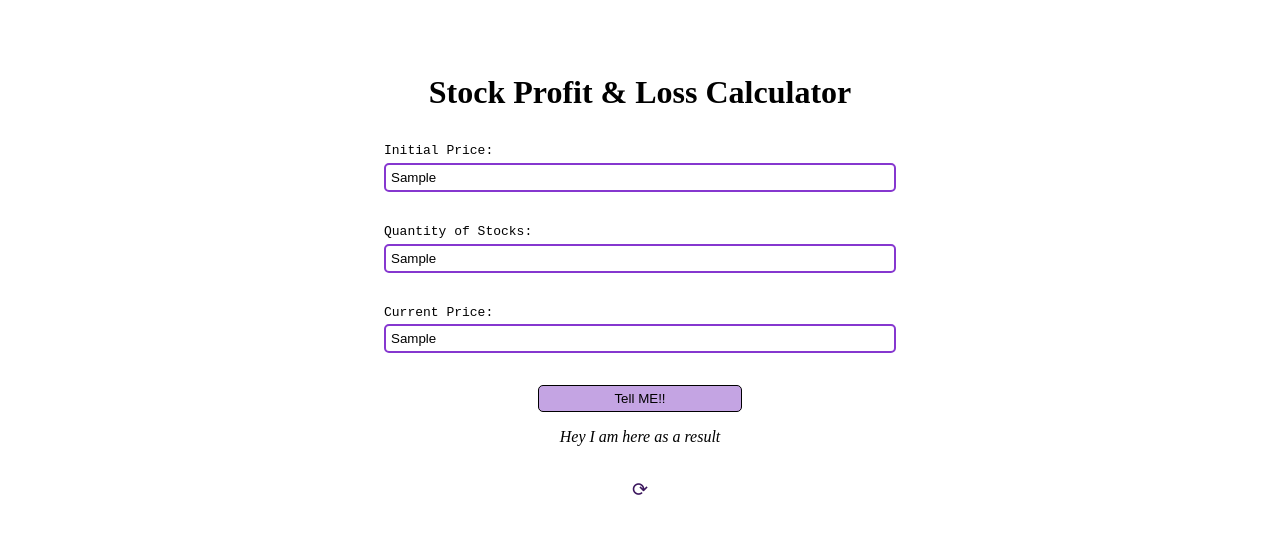
Repository: patelamancode/Stock-P-L-Calculator
Page: index.html
These files come from the project's save history. The page is drawn as it stood at one moment and after the next save; the edit follows.
The browser window is 1280 px wide. The pictures show the whole page.
Empty fields were first filled with sample values (such as "Sample", 5 or name@example.com).
After loading, the first visible `#check-btn` was clicked once.

Above is the page before, as saved 2022-11-23 19:03:16.

After the next save:
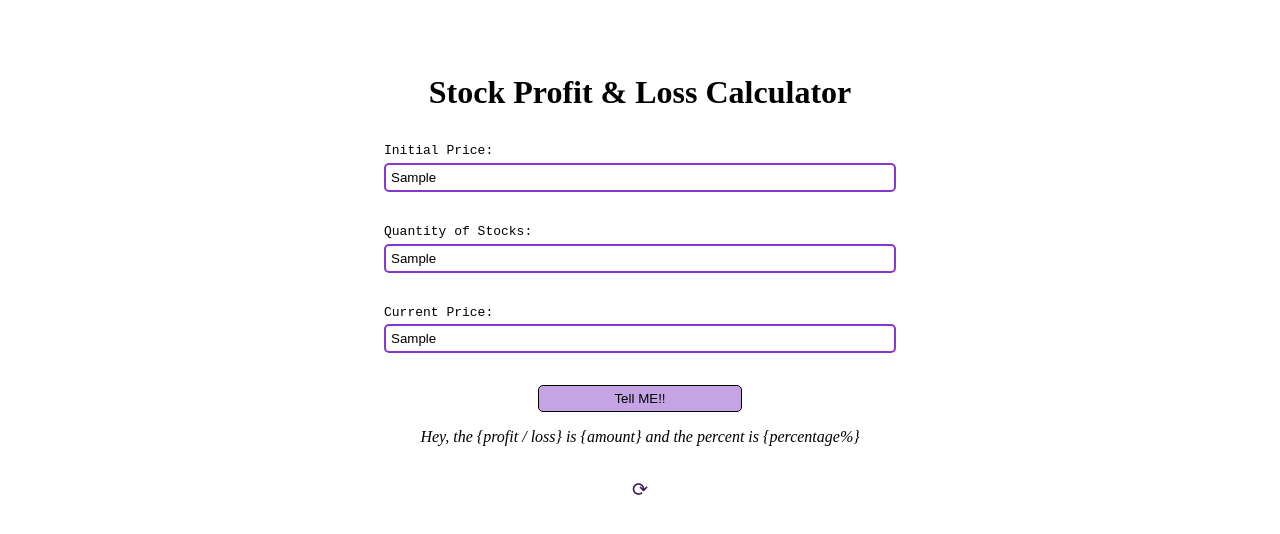
Saved 101 s later.
--- a/index.js
+++ b/index.js
@@ -16,7 +16,8 @@
 
 function showResult(){
     resultDisplay.style.display = "flex";
-    return `Hey, the {profit / loss} is {amount} and the percent is {percentage%}`
+    let result = resultDisplay.innerText =  `Hey, the {profit / loss} is {amount} and the percent is {percentage%}`;
+    return result;
 }
 
 

After the 3 saves that followed:
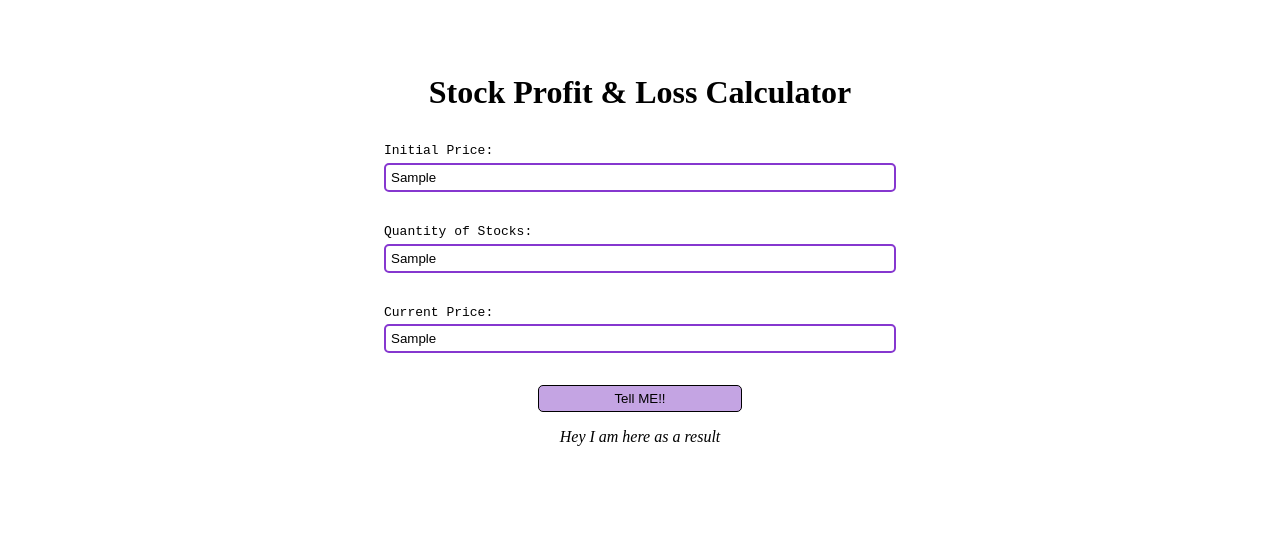
Console error: ReferenceError: x is not defined
The 3 saves are shown as one change because 2 left the picture as it was.
The last was saved 11 min 16 s later.
--- a/index.js
+++ b/index.js
@@ -7,16 +7,20 @@
 
 
 const profitAmount = function(){
-
+    let x = "Aman";
 }
 
 const profitPercentage = function(){
-
+    console.log("I am percent and called")
 }
 
-function showResult(){
+function showResult(profitAmount, profitPercentage){
+    // validation needed
+    // profitAmount();
+    // profitPercentage();
+    console.log(profitAmount, profitPercentage);
     resultDisplay.style.display = "flex";
-    let result = resultDisplay.innerText =  `Hey, the {profit / loss} is {amount} and the percent is {percentage%}`;
+    let result = resultDisplay.innerText =  `Hey, the ${x} is {amount} and the percent is {percentage%}`;
     return result;
 }
 
